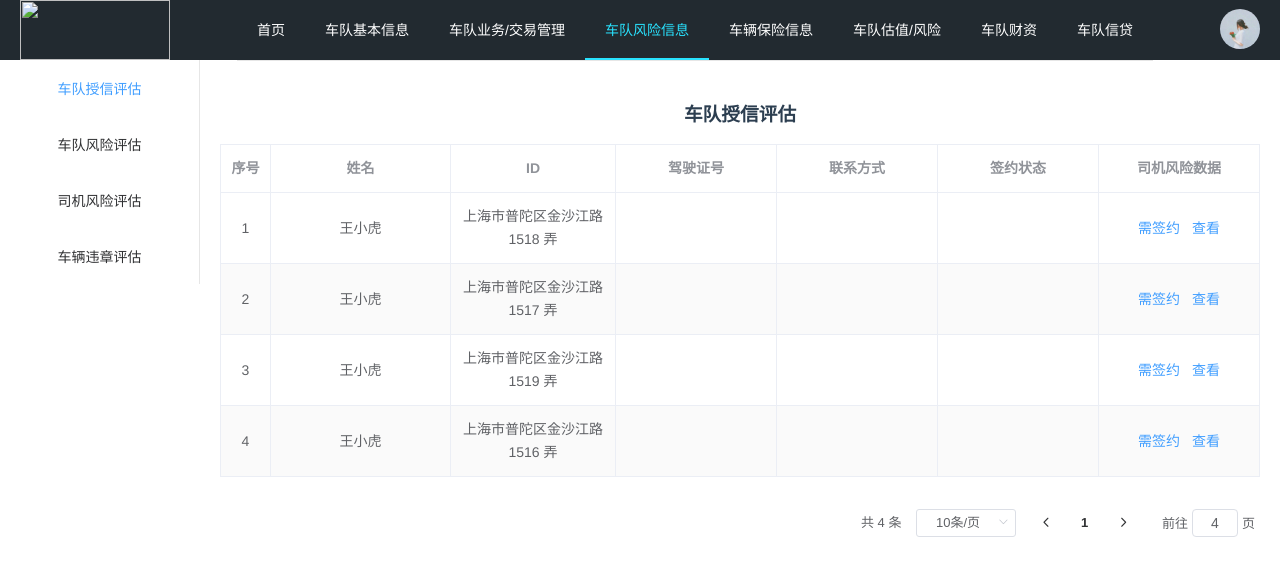
Repository: TheWomanLiketheWind/woodpecker
Page: /
An editor plug-in stored every save of this project. The page is shown before and after the next save, followed by the edit.
The browser window is 1280 px wide. The pictures show the whole page.
The project was rebuilt for these pictures with package versions that can differ from the ones it lists, and the page was loaded fresh each time. Also part of the build but not shown: src/views/menuThird.vue.

Above is the page before, as saved 2019-07-25 21:03:20.

After the next save:
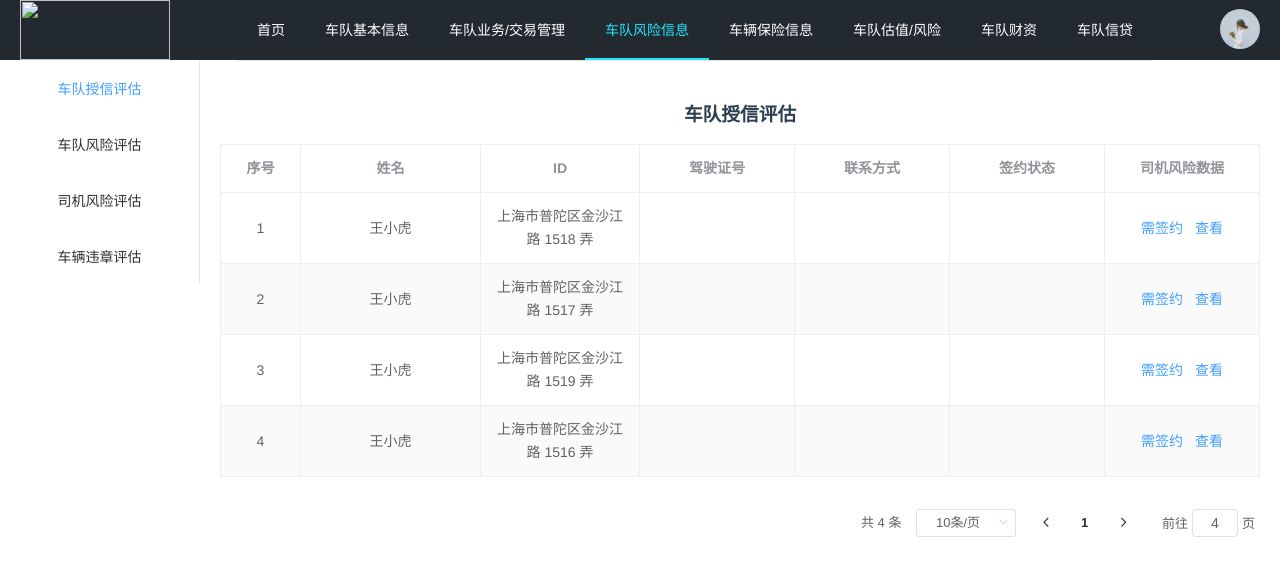
Saved 18 s later.
--- a/src/views/menuSecond.vue
+++ b/src/views/menuSecond.vue
@@ -20,7 +20,7 @@
                 style="width: 100%">
         <el-table-column type="index"
                          label="序号"
-                         width="50"
+                         width="80"
                          align="center">
         </el-table-column>
         <el-table-column prop="name"
